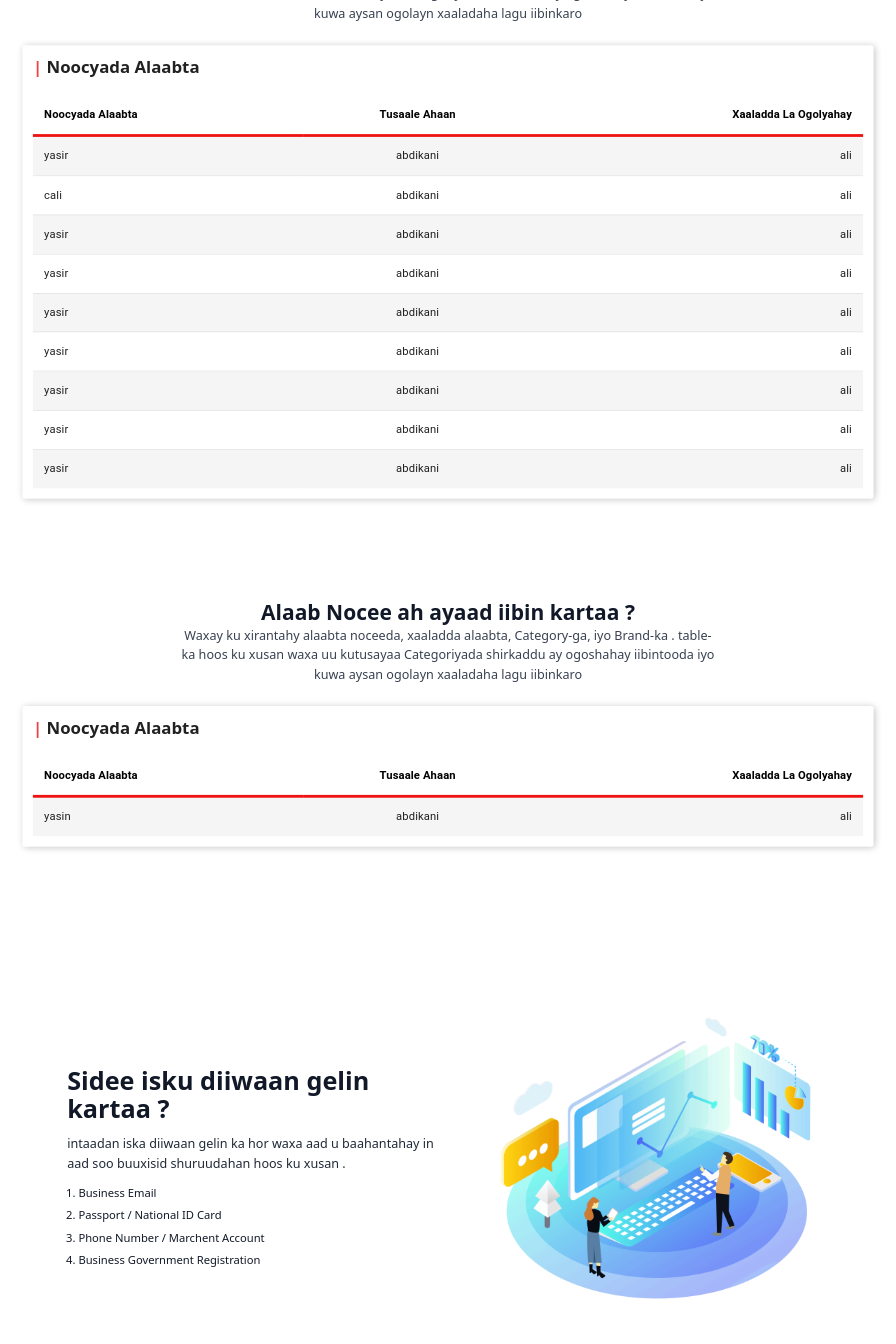
Repository: muraadso/Muraadso-Sellers
Page: /
An editor plug-in stored every save of this project. The page is shown before and after the next save, followed by the edit.
The browser window is 1280 px wide. The pictures show the part of the page from y = 2372 to 4292 px (the page is 7675 px tall before and 7228 px after), at 70% of full size.
The project was rebuilt for these pictures with package versions that can differ from the ones it lists, and the page was loaded fresh each time. The framework's server and built-in components were replaced by stand-ins that run in the browser. Also part of the build but not shown: next.config.js.

Above is the page before, as saved 2021-12-11 11:16:31.

### pages/_app.js
import '../styles/globals.css'
 import 'tailwindcss/tailwind.css'
import { Layout } from '../components/Layout'


function MyApp({ Component, pageProps }) {
  return (
    <Layout>
      <Component {...pageProps} />
    </Layout>
  )
}

export default MyApp

### styles/globals.css
@import url('https://fonts.googleapis.com/css2?family=Lato:ital,wght@0,300;0,400;0,700;0,900;1,700&family=Poppins:wght@200;300;400;500;600;700&display=swap');
html,
body {
  padding: 0 ;
  margin: 0;
  overflow-x: hidden !important;
  scroll-behavior: smooth;
}

a {
  color: inherit;
  text-decoration: none;
}

* {
  box-sizing: border-box;
}


.navbar {
  box-shadow: 2px 1px 7px rgba(0, 0, 0, 0.226);
  font-family: 'Poppins', sans-serif  ;
  font-weight: 500;

}
  .logo{
    font-family: 'Lato', sans-serif;
    font-weight: 700;
    color: rgb(233, 59, 59);
    font-size: 20px ;
  }
  .how-card{
    position: relative;
    box-shadow: 0 2px 10px rgba(0, 0, 0, 0.336) ;
  }
  .regimage{
    height: 500px;

  }
  .react-player {
    background-color: white !important;
    padding: 10px;
    box-shadow: 2px 1px 11px rgba(0, 0, 0, 0.226);
    border-radius: 2px;
  }
  .player-wrapper{
    overflow-x: hidden !important;
    /* width: 100% !important; */
  }


  .formcontainer{
    box-shadow: 2px 1px 11px rgba(0, 0, 0, 0.226);

  }



@media screen and  (max-width: 768px){
  .nav{
    padding-top: 40px;
    display: flex;
    flex-direction: column;

  }

  .how-card{
  margin-bottom: 25px;
}

.tablle{
  margin-bottom: 90px;
}
.tablle2{

}
 TableContainer{
   background-color: red;
   display: hidden;
 }
 .regimage{
    max-height: 300px;

  }
  .formcontainer{
    min-width: 110%;
  }

}




@tailwind base;
@tailwind components;
@tailwind utilities

### components/Hero.jsx
const Hero = () => {
    return (
        <div className="md:grid-cols-2 md:grid md:mt-11 hero">
                <div className="md:px-16 md:py-36 py-11 herotxt">
                    <h6 className="px-2 font-medium text-gray-500">ku iibi muraadso</h6>
                    <h1 className="my-5 text-3xl font-bold text-gray-800 capitalize md:font-bold md:text-gray-800 md:capitalize lg:text-6xl">sidee ugu iibin krtaa <br /> alaabtaada <span  className="text-red-600 md:text-red-600">muraadso</span></h1>

                    <p className="text-gray-700 md:text-left">
                         Whether you’ve already got an established e-commerce business , a great idea for a new product, or you just have a passion for selling, here’s how to take that next step with Muraadso </p>
                </div>

                <div className="heroimg">
                    <img className="w-4/4 "  src="/images/heroimage.png" alt="heroimage" />
                </div>
        </div>
    )
}

export default Hero

### components/About.jsx

const About = () => {
    return (
        <div className="mt-32">
            <h1 className="text-3xl font-bold text-center">Ku Iibso Muraadso</h1>
            <div className="gap-0 md:px-16 md:grid-cols-2 md:grid about-content">
                <div className="mt-12 aboutimg">
                  <img src="/images/aboutimage.png" className="md:h-96" alt="about image" />
                </div>
                <div className="md:mt-20 mt-11 about-text">
                    <p className="text-xl text-justify">
                        Muraadso waa hogaanka suuqa casriga ee online waana suuq aad ku iibin kartid alaabtaada, ahaw ganacsade alaabta sameeya, mid soo dajiya, si fudud ayaad ugu iibin kartaa suuqa casriga muraadso, sidoo kale ka mid noqo ganacsiyada shabakada internet ku iibiya alaabaha adiga oon ku kharash badan galin, kana faa’idaysanaya khubarada team ka muraadso helayana tobabaro iyo caawimo sidaad ugu iibin lahayd muraadso dhexdeeda Ku dhex iibta muraadso waa wax fudud sidoo kalena kharash yari kaaga bixi karo ama wax kharash ahi kaa baxayn, kaliya waxa lagaaga bahanyay in aad is diwaan galisid, kuna gurtid alaabta aad haysid online shirkada sidaana aad ku bilawdid iibka alaabtaada....<span className="text-red-600">Read More</span>
                    </p>
                </div>


            </div>
        </div>
    )
}

export default About

### components/Howtoreg.jsx
const Howtoreg = () => {
  return (
    <div className="flex flex-col md:p-16 howtoreg mb-11 md:mb-6 ">
      <div className="grid items-center justify-between md:grid-cols-2 registerdoc">
        <div className="space-y-4 regcontent">
          <h1 className="text-xl font-bold text-gray-900 md:text-4xl">Sidee isku diiwaan gelin kartaa ?</h1>
          <p className="text-lg text-gray-800 ">intaadan iska diiwaan gelin ka hor waxa aad u baahantahay in aad
            soo buuxisid shuruudahan hoos ku xusan .</p>
            <ol className="ml-4 space-y-2 font-medium text-gray-900 list-decimal">
              <li>Business Email</li>
              <li>Passport / National ID Card</li>
              <li>Phone Number / Marchent Account </li>
              <li>Business Government Registration</li>
            </ol>
        </div>
        <div className="flex items-center justify-end regimage">
          <img className="regimage" src="/images/registrationn.png" alt="" />
        </div>

      </div>
      <div className="flex flex-col items-center justify-center space-y-4 md:space-x-24 md:flex-row acceptterms">
        <div className="flex flex-row items-center justify-center check">
        </div>
        <div className="items-center justify-center text-center">
        <button className="items-center justify-center px-24 py-3 text-sm text-white bg-red-600 md:text-center md:text-lg md:px-24 md:py-4 ">Register Now</button>
        </div>
      </div>


    </div>
  )
}

export default Howtoreg

### components/Whatsell.jsx
import * as React from 'react';
import { styled } from '@mui/material/styles';
import Table from '@mui/material/Table';
import TableBody from '@mui/material/TableBody';
import TableCell, { tableCellClasses } from '@mui/material/TableCell';
import TableContainer from '@mui/material/TableContainer';
import TableHead from '@mui/material/TableHead';
import TableRow from '@mui/material/TableRow';
import Paper from '@mui/material/Paper';

const StyledTableCell = styled(TableCell)(({ theme }) => ({

  [`&.${tableCellClasses.head}`]: {
    backgroundColor: theme.palette.common.white,
    color: theme.palette.common.black,
    borderBottom: '4px solid rgb(240, 17, 17)' ,
    fontSize: '16px',
    fontWeight: '600',

  },
  [`&.${tableCellClasses.body}`]: {
    fontSize: 16,
  },
}));

const StyledTableRow = styled(TableRow)(({ theme }) => ({
  '&:nth-of-type(odd)': {
    backgroundColor: theme.palette.action.hover,


  },
  // hide last border
  '&:last-child td, &:last-child th': {
    border: 0,
  },
}));





function createData(noocaAlaabta, tusaale, xaaladda) {
  return { noocaAlaabta, tusaale, xaaladda };
}

const rows = [
  createData('yasir', "abdikani", 'ali'),
  createData('cali', "abdikani", 'ali'),
  createData('yasir', "abdikani", 'ali'),
  createData('yasir', "abdikani", 'ali'),
  createData('yasir', "abdikani", 'ali'),
  createData('yasir', "abdikani", 'ali'),
  createData('yasir', "abdikani", 'ali'),
  createData('yasir', "abdikani", 'ali'),
  createData('yasir', "abdikani", 'ali'),

];
const rows2 = [
  createData('yasin', "abdikani", 'ali')

];

export default function Whatsell() {
  return (
      <>
    <div className="flex flex-col items-center md:justify-center md:mb-36 tablle mb-11">
                <h1 className="text-xl font-bold text-center text-gray-900 md:text-3xl">Alaab Nocee ah ayaad iibin kartaa ?</h1>
                <p className="max-w-3xl mb-8 text-sm text-center text-gray-700 md:text-lg">Waxay ku xirantahy alaabta noceeda, xaaladda alaabta, Category-ga, iyo Brand-ka .
                table-ka hoos ku xusan waxa uu kutusayaa Categoriyada shirkaddu ay ogoshahay iibintooda
                iyo kuwa aysan ogolayn xaaladaha lagu iibinkaro </p>

            <TableContainer className="mw-screen-lg TableContainer" component={Paper} sx={{ padding: "15px", minWidth: 380 , maxWidth: 1500, boxShadow: '2px 1px 11px rgba(0, 0, 0, 0.226)' }}>
        <h1 className="mb-6 text-2xl font-bold "> <span className="font-black text-red-500 ">|</span> Noocyada Alaabta</h1>
      <Table sx={{ minWidth: 500 }} aria-label="customized table">
        <TableHead>
          <TableRow>
            <StyledTableCell>Noocyada Alaabta</StyledTableCell>
            <StyledTableCell align="center"> Tusaale Ahaan</StyledTableCell>
            <StyledTableCell align="right">Xaaladda La Ogolyahay</StyledTableCell>
          </TableRow>
        </TableHead>
        <TableBody>
          {rows.map((row) => (
            <StyledTableRow key={row.noocaAlaabta} sx={{backgroundColor: 'white'}}>
              <StyledTableCell component="th" scope="row">
                {row.noocaAlaabta}
              </StyledTableCell>
              <StyledTableCell   align="center">{row.tusaale}</StyledTableCell>
              <StyledTableCell align="right">{row.xaaladda}</StyledTableCell>
            </StyledTableRow>
          ))}
        </TableBody>
      </Table>
    </TableContainer>

    </div>


    <div className="flex flex-col items-center md:justify-center md:mb-36 tablle mb-11">
                <h1 className="text-xl font-bold text-center text-gray-900 md:text-3xl">Alaab Nocee ah ayaad iibin kartaa ?</h1>
                <p className="max-w-3xl mb-8 text-sm text-center text-gray-700 md:text-lg">Waxay ku xirantahy alaabta noceeda, xaaladda alaabta, Category-ga, iyo Brand-ka .
                table-ka hoos ku xusan waxa uu kutusayaa Categoriyada shirkaddu ay ogoshahay iibintooda
                iyo kuwa aysan ogolayn xaaladaha lagu iibinkaro </p>

            <TableContainer className="mw-screen-lg TableContainer" component={Paper} sx={{ padding: "15px", minWidth: 380 , maxWidth: 1500, boxShadow: '2px 1px 11px rgba(0, 0, 0, 0.226)' }}>
        <h1 className="mb-6 text-2xl font-bold "> <span className="font-black text-red-500 ">|</span> Noocyada Alaabta</h1>
      <Table sx={{ minWidth: 500 }} aria-label="customized table">
        <TableHead>
          <TableRow>
            <StyledTableCell>Noocyada Alaabta</StyledTableCell>
            <StyledTableCell align="center"> Tusaale Ahaan</StyledTableCell>
            <StyledTableCell align="right">Xaaladda La Ogolyahay</StyledTableCell>
          </TableRow>
        </TableHead>
        <TableBody>
          {rows2.map((row) => (
            <StyledTableRow key={row.noocaAlaabta} sx={{backgroundColor: 'white'}}>
              <StyledTableCell component="th" scope="row">
                {row.noocaAlaabta}
              </StyledTableCell>
              <StyledTableCell   align="center">{row.tusaale}</StyledTableCell>
              <StyledTableCell align="right">{row.xaaladda}</StyledTableCell>
            </StyledTableRow>
          ))}
        </TableBody>
      </Table>
    </TableContainer>

    </div>




     </>
  );
}

### components/Howtolist.jsx
import ReactPlayer from 'react-player'


const Howtoreg = () => {
  return (
    <div className="flex flex-col space-y-11 md:space-y-24 md:p-16 howtoreg">
      <div className="grid items-center justify-between md:grid-cols-2 registerdoc">
        <div className="space-y-4 regcontent">
          <h1 className="text-xl font-bold text-gray-900 md:text-4xl">Alaabtaada habkan uso diiwaan geli</h1>
          <p className="text-lg text-gray-800 ">kadib marka laguu ogolaado in aad soo diiwaan gelisid alaabtaada
waxaa muhiim ah in aad qaadid talaabooyinkan si alaabta aad
u diiwaan gelisid ay uga soo muuqato Bogga MURAADSO</p>
            <ol className="ml-4 space-y-2 font-medium text-gray-900 list-decimal">
              <li>magaca alaabta oo dhamaystiran</li>
              <li>faahfaahinta alaabta </li>
              <li>xaddiga aad ka haysid alaabta </li>
              <li>qiimaha alaabta </li>
              <li>categoryga ay ka tirsantaha</li>
              <li>brand-ka alaabta ama shirkada smaysay</li>
              <li>4 ama 3 sawir oo quality-goodu sareeyo</li>
              <li>alaabta features-keeda</li>
              <li>alaabta tag-skeeda ama keywordskeda</li>
            </ol>
        </div>
        <div className="flex items-center justify-end regimage">
          <img className="regimage" src="/images/dashboard.png" alt="" />
        </div>

      </div>

      <div className="flex flex-col items-center justify-center space-y-6 watch">
          <h1 className="text-lg font-medium text-center md:font-bold md:text-xl ">Ama Daawo Video-gan Kuu Sharaxaya Habka looso geliyo Product</h1>
         <div className='flex items-center justify-center w-screen p-2 overflow-x-hidden mx-11 player-wrapper'>
        <ReactPlayer
          className=' react-player'
          url='hhttps://www.youtube.com/watch?v=qS5MdsgyWb4&t=5s'
        style={{
            backgroundColor: '#ff0000'
        }}

        />
      </div>
      </div>




    </div>
  )
}

export default Howtoreg

### components/Reg.jsx
import TextField from '@mui/material/TextField';
import Checkbox from '@mui/material/Checkbox';
import FormControlLabel from '@mui/material/FormControlLabel';



const Reg = () => {
    return (
        <div className="container flex flex-col items-center justify-center md:w-screen md:px-11 mb-36 ">
            <h1 className="text-lg font-bold text-center md:text-3xl ">Nagu Soo Biir Macmiil</h1>
            <div className="flex flex-col items-center justify-center py-10 mt-24 bg-white rounded md:w-9/12 md:px-11 space-y-7 formcontainer">
            <h1 className="text-lg font-bold text-center md:text-3xl ">Is Diiwaan Geli</h1>
                <div className="grid w-5/6 grid-cols-1 md:grid-cols-2 gap-x-6 gap-y-7 form">
                  <TextField id="outlined-basic" label="First Name" variant="outlined" />
                  <TextField id="outlined-basic" label="Last Name" variant="outlined" />
                  <TextField id="outlined-basic" label="Magaalada" variant="outlined" />
                  <TextField id="outlined-basic" label="Address" variant="outlined" />
                  <TextField type="number" id="outlined-basic" label="Phone Number" variant="outlined" />
                  <TextField id="outlined-basic" label="Magaca Ganasiga" variant="outlined" />
                  <TextField id="outlined-basic" label="Noca Ganasiga" variant="outlined" />
                </div>

                <div className="flex flex-col items-center justify-center text-center">
                    <FormControlLabel className="mb-2" control={<Checkbox />} label="I accept the privacy and policy" />
                   <button
                    className="items-center justify-center px-24 py-3 text-sm text-white bg-red-600 md:text-center md:text-lg md:px-24 md:py-4 ">
                        Register Now
                    </button>
        </div>
            </div>





        </div>
    )
}

export default Reg

### components/Navbar.jsx
import React, { useState } from "react";
import { HiOutlineMenuAlt2, HiOutlineMenuAlt3 } from "react-icons/hi";



export default function Navbar() {
  const [showNav, setShowNav] = useState(false);

  return (
    <nav className="sticky top-0 z-20 items-center justify-between bg-white px-14 md:px-24 md:py-3 navbar md:flex">
      <div className="flex items-center justify-between">
        <a href="#">
          <h2>Muraadso</h2>
        </a>


        {showNav ? (
          <HiOutlineMenuAlt3
            onClick={() => setShowNav(!showNav)}
            className="block w-10 h-10 p-2 cursor-pointer md:hidden" />

        ) : (
          <HiOutlineMenuAlt2
            onClick={() => setShowNav(!showNav)}
            className="block w-10 h-10 p-2 cursor-pointer md:hidden"
          />
        )}
      </div>

      <ul
        className={
          (showNav ? "left-0" : "-left-full") +
          " md:static fixed bottom-0 md:ml-24 top-14 md:flex md:space-x-6 items-center md:bg-transparent bg-gray-700 rounded md:rounded-none md:bg-white bg-opacity-90 md:w-auto w-10/12 md:text-gray-800 text-white  md:space-y-0 space-y-5 p-2 transition-left nav"
        }
      >
        <a href="#"> Home</a>
        <a href="#"> About</a>
        <a href="#"> Doc</a>
        <a href="#"> Contact Us</a>
      <a className="px-4 py-2 text-white bg-red-600 rounded" href="">Signup</a>
      </ul>
    </nav>
  );
}

























// const Navbar = () => {
//     return (
//         <div>
//      <div className="sticky top-0 z-20 items-center justify-between bg-white md:flex navbar">
//          <a className="logo" href="#">Muraadso</a>
//          <nav className="fixed bottom-0 items-center w-10/12 p-2 space-y-5 text-white bg-gray-500 md:static top-12 md:flex md:space-x-7 md:bg-transparent bg-opacity-90 md:w-auto md:text-gray-500 md:space-y-0 transition-left nav">
//              <a className="hover:text-red-600" href="">Home</a>
//              <a className="hover:text-red-600" href="">About</a>
//              <a className="hover:text-red-600" href="">Doc</a>
//              <a className="hover:text-red-600" href="">Contact Us</a>
//          </nav>
//          <a href="#" className="px-4 py-2 text-white bg-red-600 rounded hover:bg-red-700 signup ">Signup</a>
//      </div>

//         </div>
//     )
// }

// export default Navbar

### components/Footer.jsx
import FacebookIcon from '@mui/icons-material/Facebook';
import InstagramIcon from '@mui/icons-material/Instagram';
import YouTubeIcon from '@mui/icons-material/YouTube';
import Divider from '@mui/material/Divider';
import CopyrightIcon from '@mui/icons-material/Copyright';





const Footer = () => {
    return (
        <div className="px-2 py-8 border md:px-24 md:py-16 bg-gray-50 space-y-7">
            <div className="flex flex-col items-center justify-between space-y-4 md:flex-row upper md-space-y-0">

            <div className="flex items-center space-x-5 md:space-x-7 justify-items-start footercontent">
                <a href="#">About Us</a>
                <a href="#">How it Works</a>
                <a href="#">Nagu Dooro</a>
                <a href="#">Register</a>

            </div>

            <div className="footericons space-x-7">
                <FacebookIcon sx={{ fontSize: 30, color: "#ff5e5b" }} />
                <InstagramIcon sx={{ fontSize: 30, color: "#ff5e5b" }} />
                <YouTubeIcon sx={{ fontSize: 30, color: "#ff5e5b" }} />
            </div>

            </div>
            <Divider className="text-red-600">Muraadso.com</Divider>

            <div className="flex flex-col items-center justify-between space-y-3 md:space-y-0 md:flex-row bottom">
                <a href="#"> <CopyrightIcon className="items-center" sx={{fontSize: 15}} /> 2021 Muraadso.All rights reserved. </a>
                <div className="space-x-8 term">
                <a href="#">Privacy Policy</a>
                <a href="#">Terms Of Service</a>
                </div>


            </div>

        </div>
    )
}

export default Footer

Loaded but not shown: styles/Home.module.css (common file); pages/index.js (32 lines, source omitted); tailwind.config.js (18 lines, source omitted); components/Layout.js (15 lines, source omitted); components/Whyus.jsx (70 lines, source omitted); components/How.jsx (66 lines, source omitted)

After the next save:
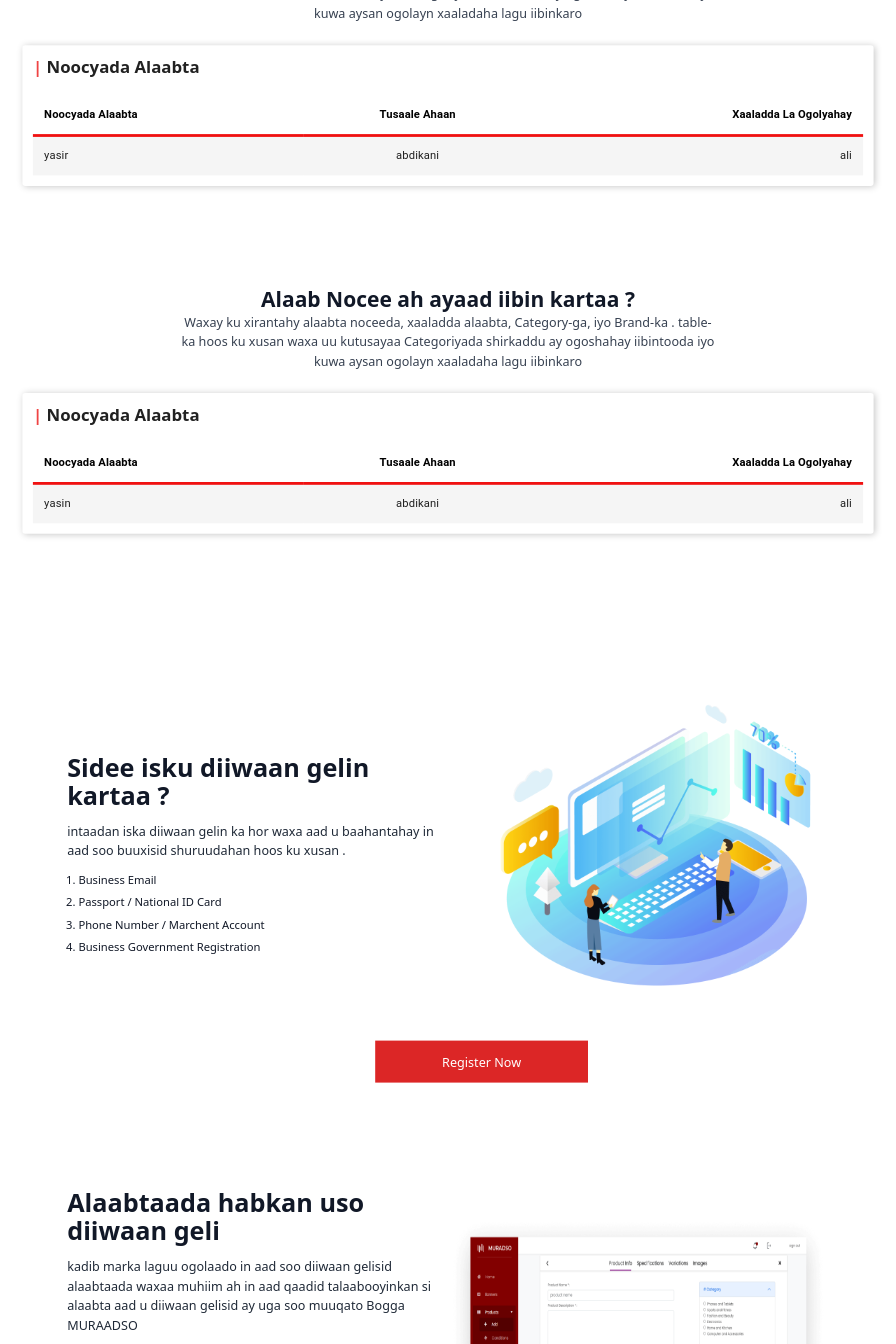
Saved 15 s later.
--- a/components/Whatsell.jsx
+++ b/components/Whatsell.jsx
@@ -44,14 +44,6 @@ function createData(noocaAlaabta, tusaale, xaaladda) {
 }
 
 const rows = [
-  createData('yasir', "abdikani", 'ali'),
-  createData('cali', "abdikani", 'ali'),
-  createData('yasir', "abdikani", 'ali'),
-  createData('yasir', "abdikani", 'ali'),
-  createData('yasir', "abdikani", 'ali'),
-  createData('yasir', "abdikani", 'ali'),
-  createData('yasir', "abdikani", 'ali'),
-  createData('yasir', "abdikani", 'ali'),
   createData('yasir', "abdikani", 'ali'),
 
 ];
